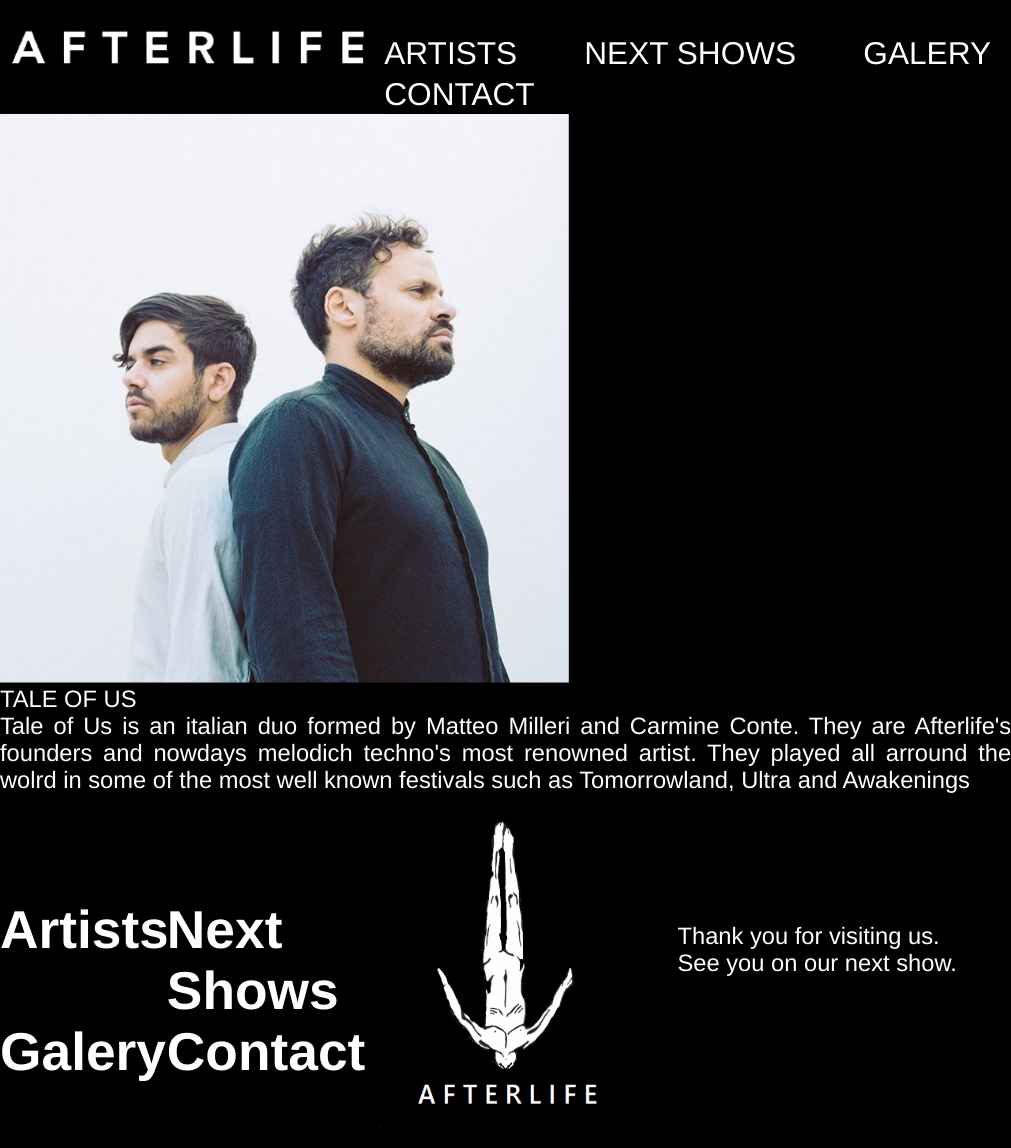
Repository: francoG98/Afterlife-Coderhouse-pre-entrega-2
Page: views/artists.html
An editor plug-in stored every save of this project. The page is shown before and after a run of saves, followed by the edit.
The browser window is 1280 px wide. The pictures show the whole page, at 79% of full size.

Above is the page before, as saved 2023-04-29 16:13:06.

After the next 4 saves:
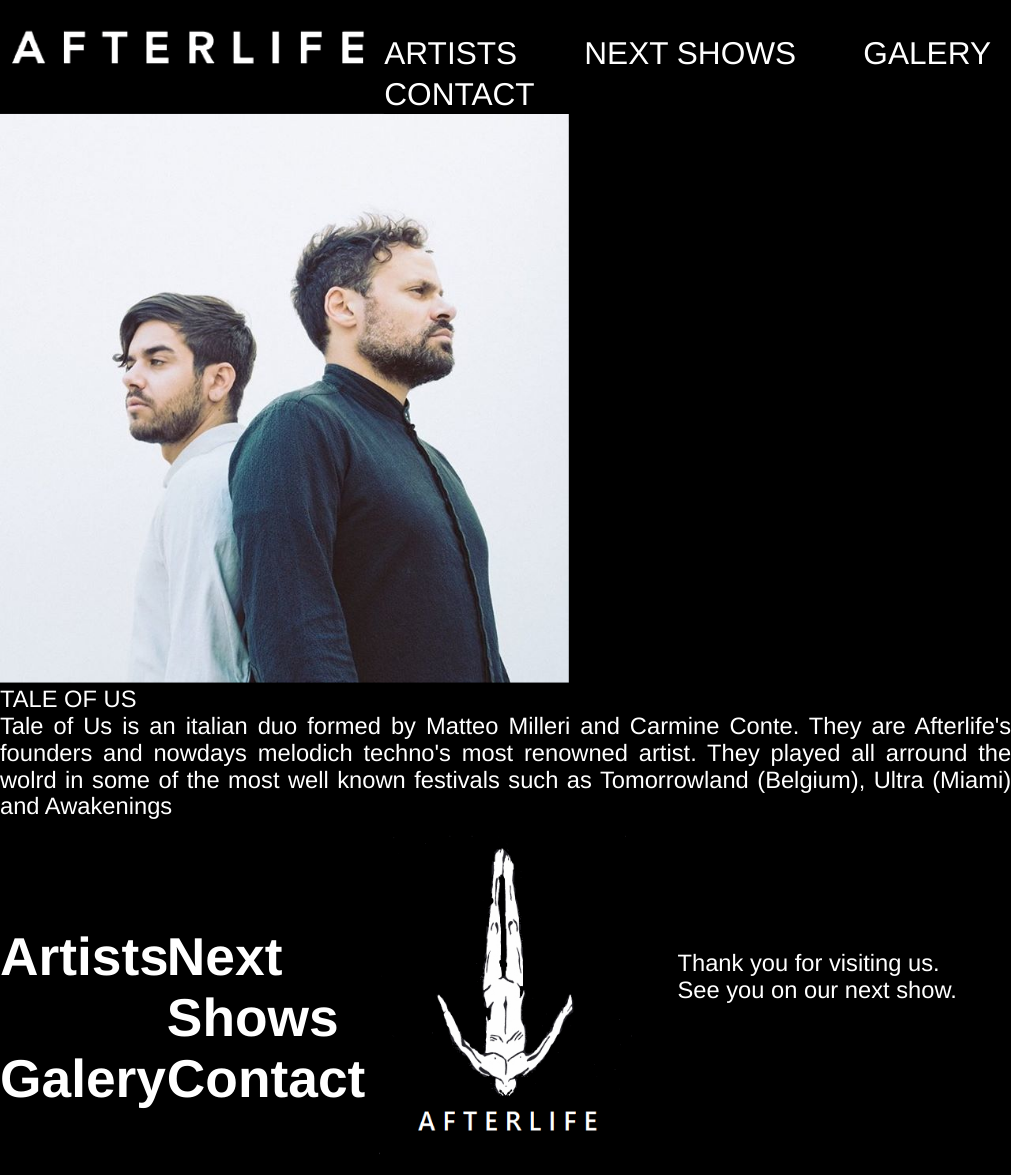
The 4 saves are shown as one change because they came seconds apart.
The last was saved 12 s later.
--- a/views/artists.html
+++ b/views/artists.html
@@ -35,7 +35,7 @@
         <div class="artist">
             <img src="../source/artist_photos/tale_of_us.png" href="tale_of_us">
             <p class="artist_name">TALE OF US</p>
-            <p>Tale of Us is an italian duo formed by Matteo Milleri and Carmine Conte. They are Afterlife's founders and nowdays melodich techno's most renowned artist. They played all arround the wolrd in some of the most well known festivals such as Tomorrowland, Ultra and Awakenings</p>
+            <p>Tale of Us is an italian duo formed by Matteo Milleri and Carmine Conte. They are Afterlife's founders and nowdays melodich techno's most renowned artist. They played all arround the wolrd in some of the most well known festivals such as Tomorrowland (Belgium), Ultra (Miami) and Awakenings</p>
         </div>
     </main>
     <footer class="container-footer">
